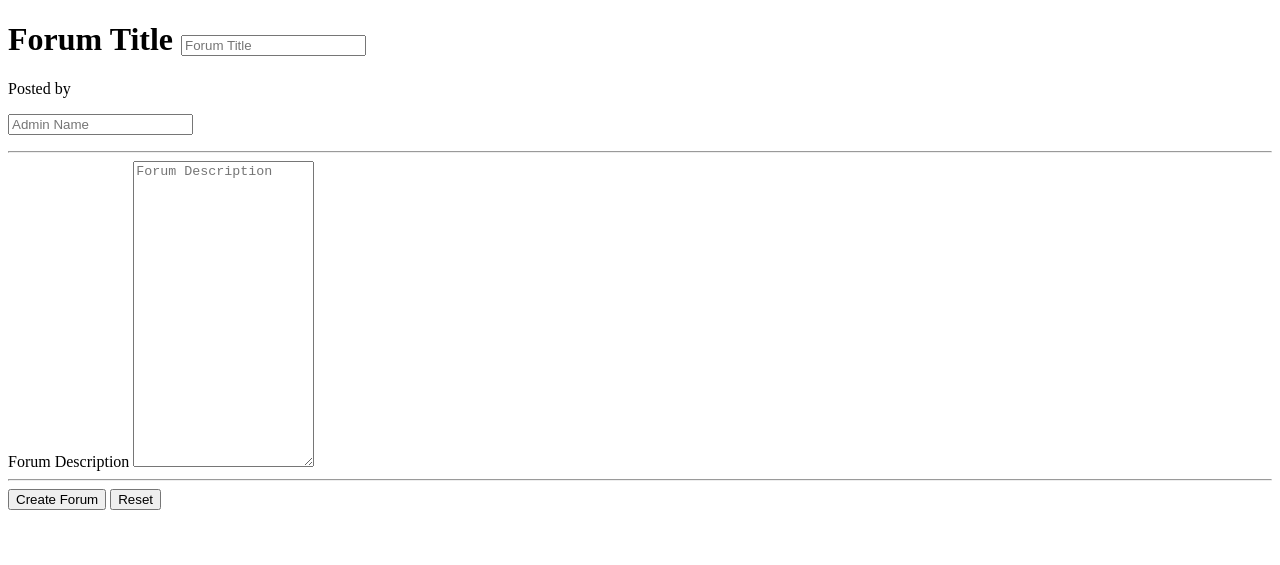
Repository: Indurupi/FriendZone
Page: FriendZoneFrontEnd/WebContent/createforum.html
These files come from the project's save history. The page is drawn as it stood at one moment and after the next save; the edit follows.
The browser window is 1280 px wide. The pictures show the whole page.

Above is the page before, as saved 2017-03-18 15:42:20.

After the next save:
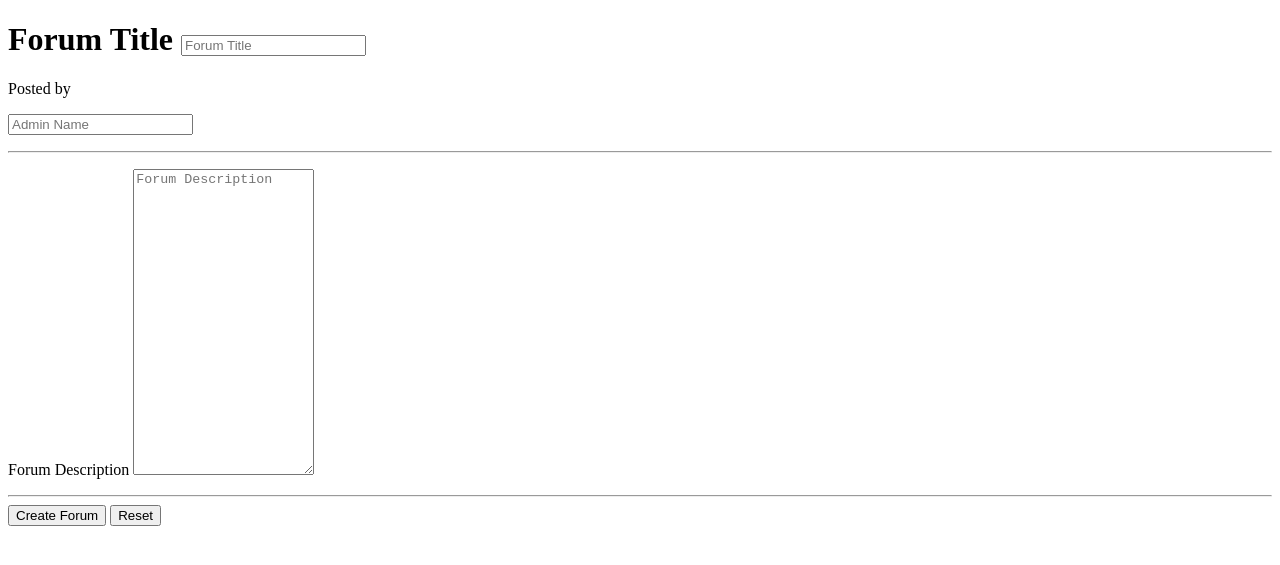
Saved 12 s later.
--- a/FriendZoneFrontEnd/WebContent/createforum.html
+++ b/FriendZoneFrontEnd/WebContent/createforum.html
@@ -60,10 +60,10 @@
 					<hr>
 
 					<div class="form-group">
-						<label>Forum Description</label>
+						<p class="lead ">Forum Description
 						<textarea class="form-control" rows="20"
 							placeholder="Forum Description"
-							ng-model="forumc.forum.forumDescription"></textarea>
+							ng-model="forumc.forum.forumDescription"></textarea></p>
 					</div>
 					<hr>
 					<button class="btn" id="custom-button" type="submit">Create
